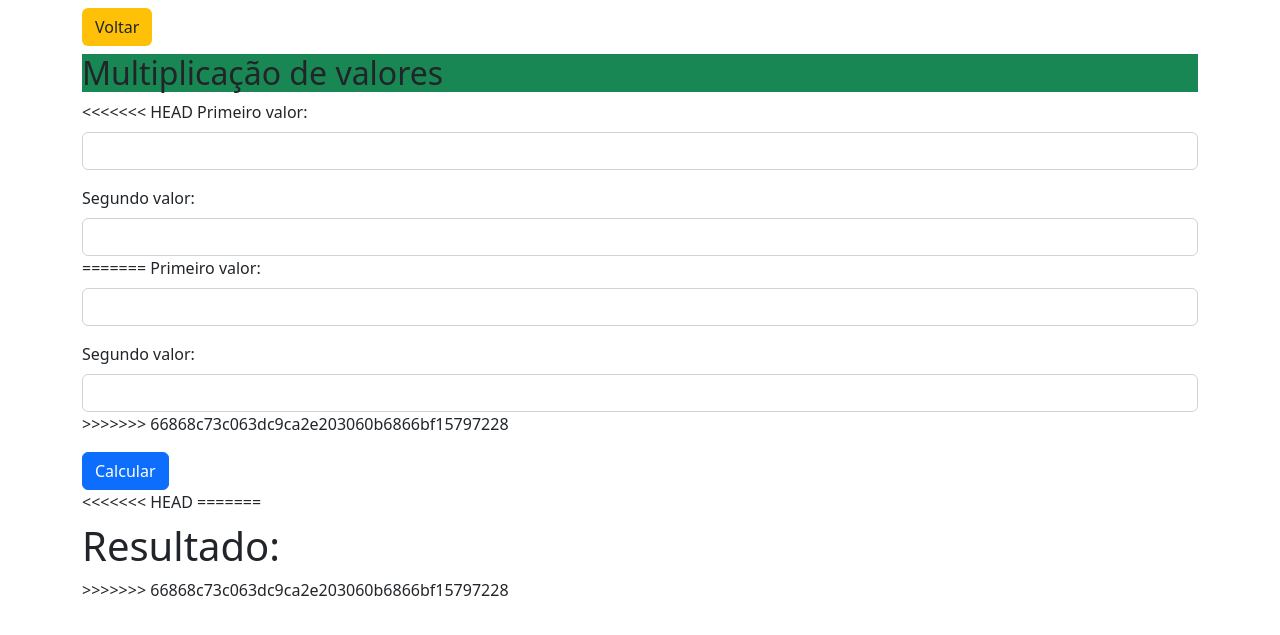
Repository: giovanesouza/javaSpring
Page: http://localhost/mult
An editor plug-in stored every save of this project. The page is shown before and after the next save, followed by the edit.
The browser window is 1280 px wide. The pictures show the whole page.
The page is this project's Thymeleaf template; nobody is signed in. The template is opened directly, without the code that normally fills it, so the values that code supplies are empty.

Above is the page before, as saved 2022-09-29 13:55:00.

After the next save:
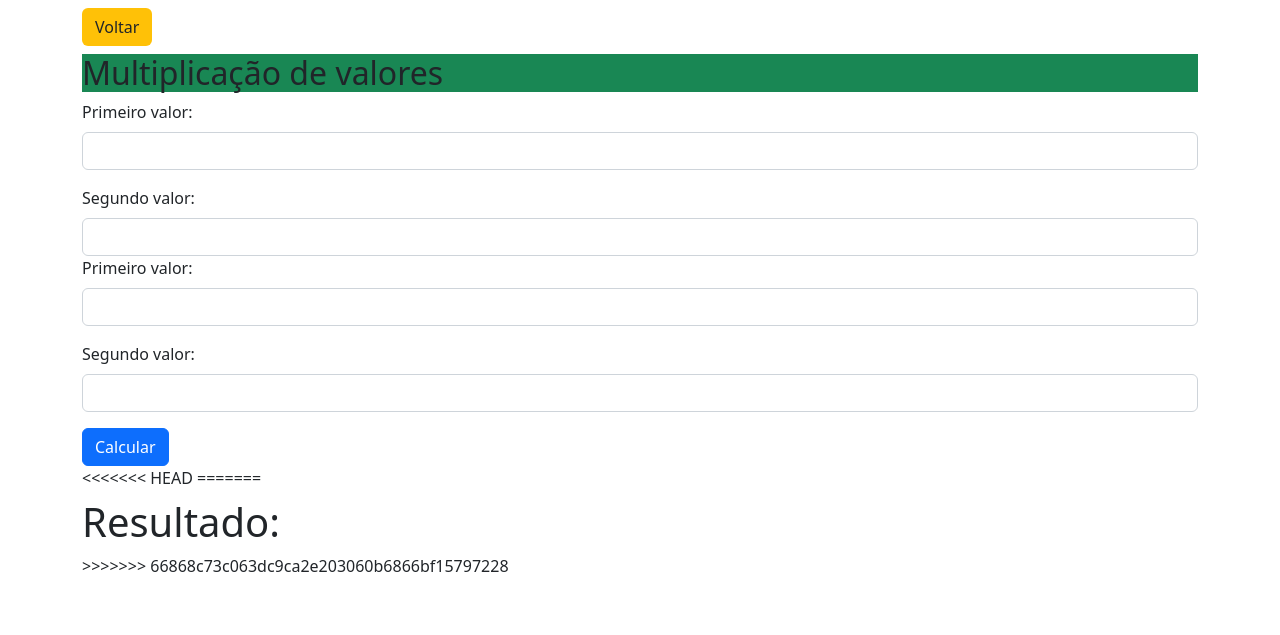
Saved 111 s later.
--- a/aula02/src/main/resources/templates/mult.html
+++ b/aula02/src/main/resources/templates/mult.html
@@ -21,7 +21,7 @@
 		<!--th = THYMELEAF - OBJETO CALCULADORA FOI CRIADO NO CONTROLLER CÁLCULOS -->
 		<form th:action="@{/multiplicar}" method="post" th:object="${calculadora}">
 			<div class="mb-3">
-<<<<<<< HEAD
+
 				<label class="form-label">Primeiro valor:</label>
 				<input type="number" class="form-control" th:field="*{valor1}">
 
@@ -29,15 +29,16 @@
 			<div class="mb-3">
 				<label class="form-label">Segundo valor:</label>
 				<input type="number" class="form-control" th:field="*{valor2}">
-=======
+
 				<label for="exampleInputEmail1" class="form-label">Primeiro valor:</label>
 				<input type="number" class="form-control" id="exampleInputEmail1" aria-describedby="emailHelp">
 
 			</div>
 			<div class="mb-3">
-				<label for="exampleInputPassword1" class="form-label">Segundo valor:</label>
-				<input type="number" class="form-control" id="exampleInputPassword1">
->>>>>>> 66868c73c063dc9ca2e203060b6866bf15797228
+
+				<label class="form-label">Segundo valor:</label>
+				<input type="number" class="form-control">
+
 			</div>
 
 			<button type="submit" class="btn btn-primary">Calcular</button>
